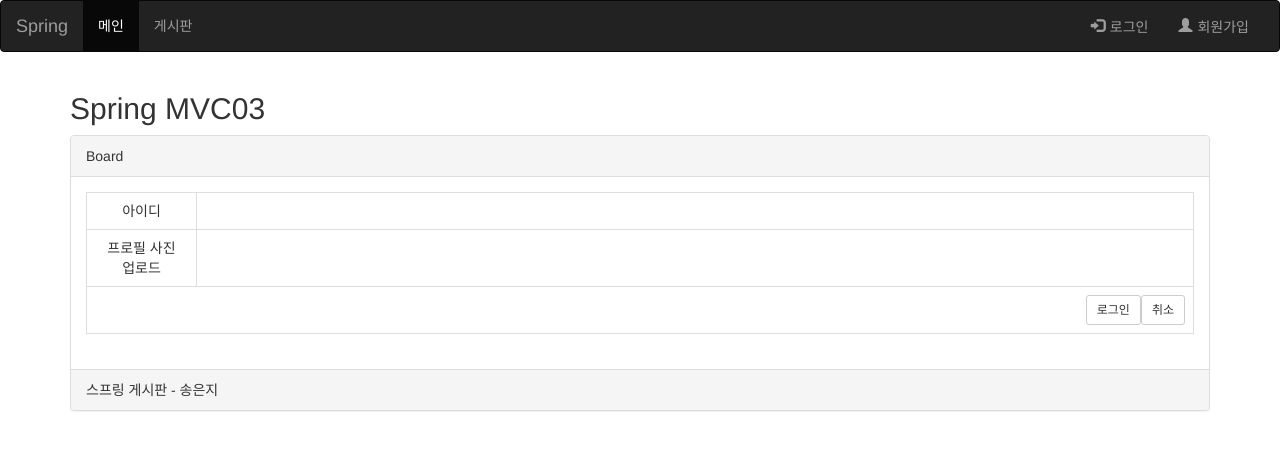
Repository: rlo-g/Spring
Page: http://localhost/SpringMVC03/WEB-INF/views/member/imageForm.jsp
The author's editor kept a copy of each file at every save. The page is drawn from the files as they stood at one save, then again after the next save.
The browser window is 1280 px wide. The pictures show the whole page.
The page is served by Tomcat 9. Nobody is signed in. The template is opened directly, without the code that normally fills it, so the values that code supplies are empty.

Above is the page before, as saved 2023-09-20 00:16:43.

After the next save:
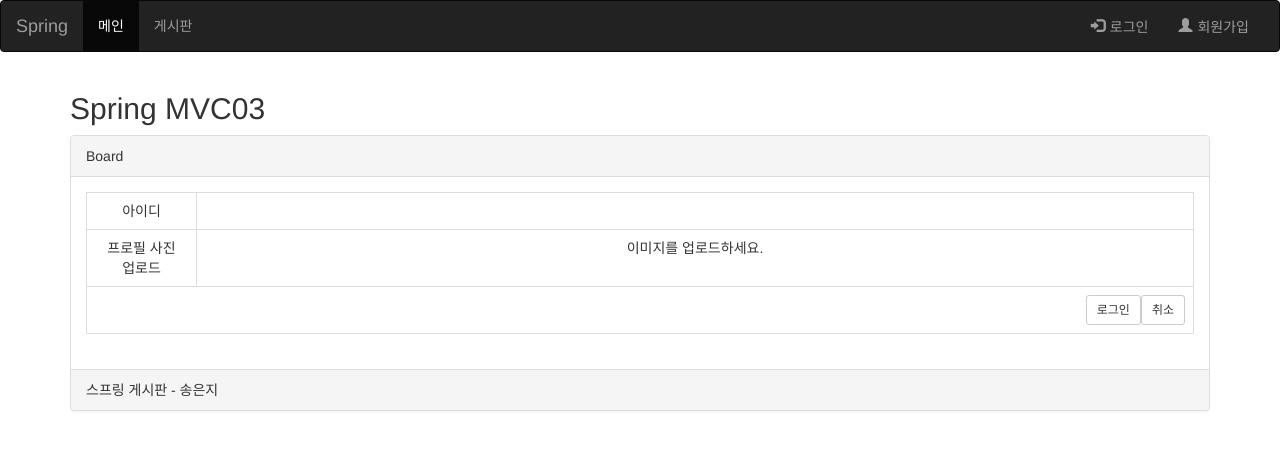
Saved 12 s later.
--- a/SpringMVC03/src/main/webapp/WEB-INF/views/member/imageForm.jsp
+++ b/SpringMVC03/src/main/webapp/WEB-INF/views/member/imageForm.jsp
@@ -43,7 +43,7 @@
     				<tr>
     					<td style="width:110px; vertical-align:middle;">프로필 사진<br>업로드</td>
     					<td colspan="2">
-
+    						<span>이미지를 업로드하세요.</span>
     					</td>
     				</tr>
 
